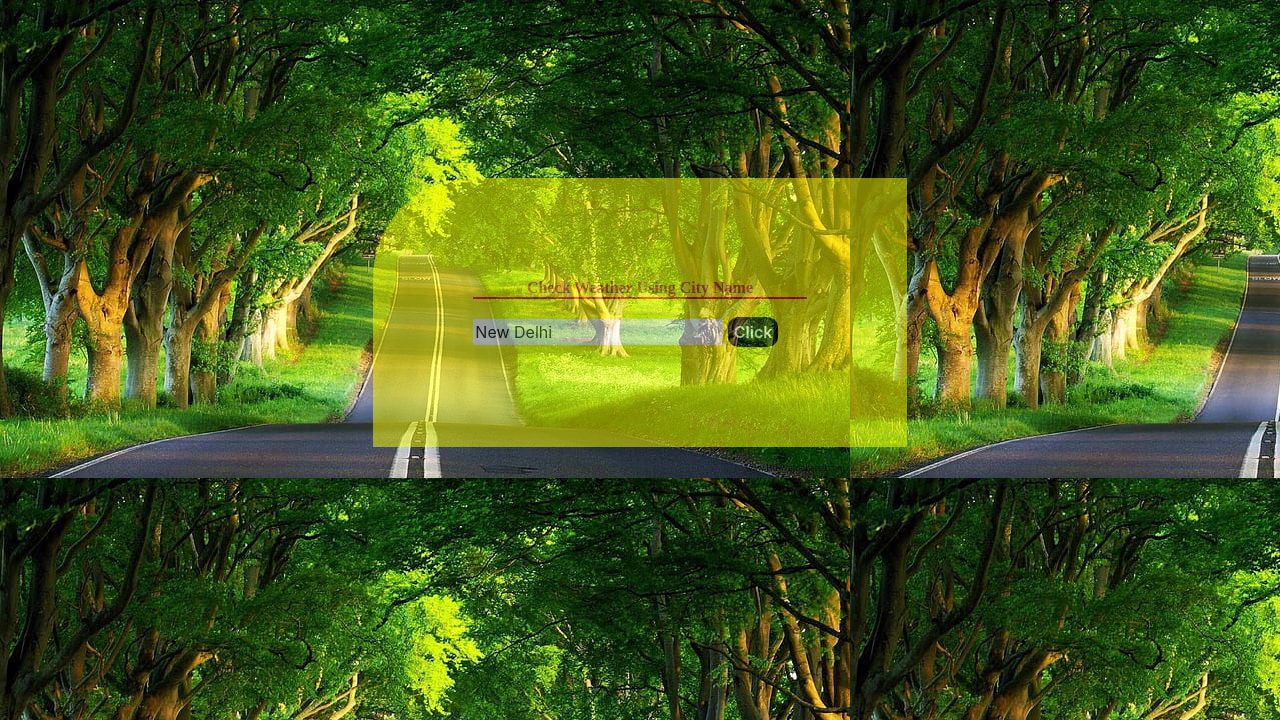
Repository: prashantkumarbind/Hospital-Weather-Concept
Page: http://localhost/weather-app/
The author's editor kept a copy of each file at every save. The page is drawn from the files as they stood at one save, then again after the next save.
The browser window is 1280 px wide. The pictures show the whole page.
The page is served by Tomcat 9.

Above is the page before, as saved 2024-01-19 08:00:07.

After the next save:
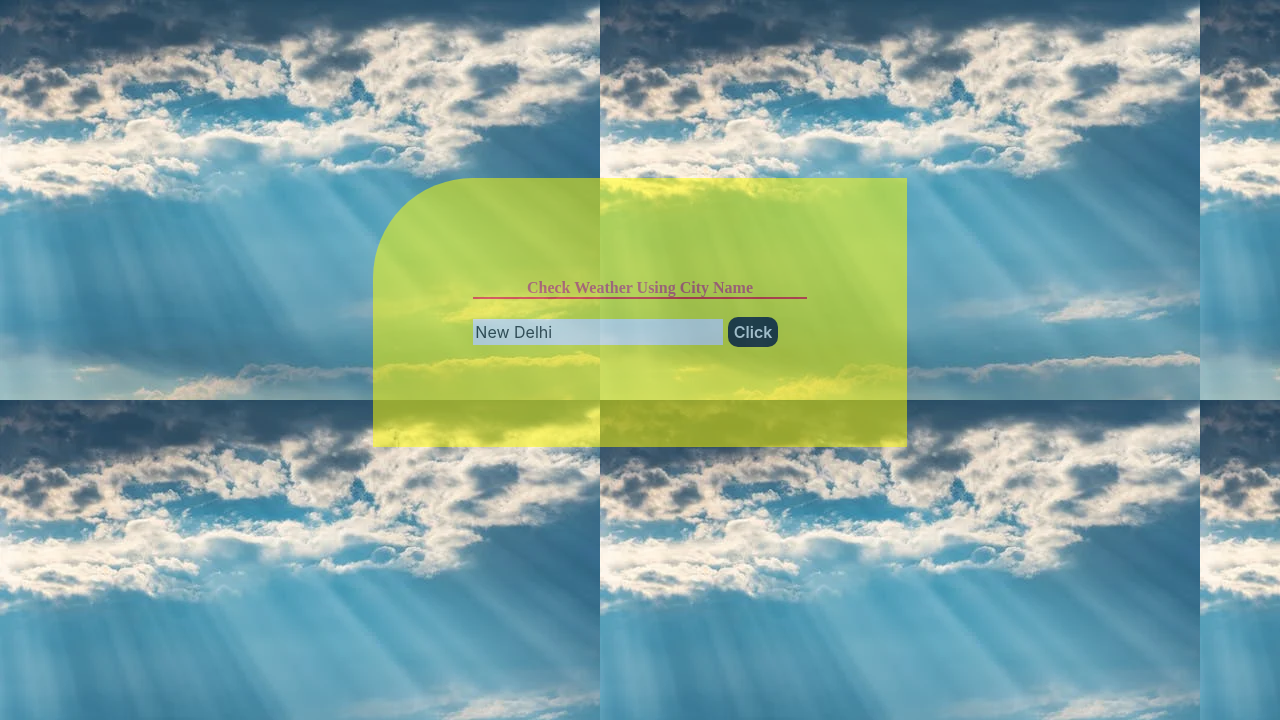
Saved 6 min 58 s later.
--- a/weather-app/src/main/webapp/index.jsp
+++ b/weather-app/src/main/webapp/index.jsp
@@ -10,7 +10,7 @@
 <title>weather app</title>
 <style>
 	body{
-		 background-image: url("img/we3.jpg");
+		 background-image: url("img/w1.webp");
 	}
 	.controller{
 		margin-top:130px;
